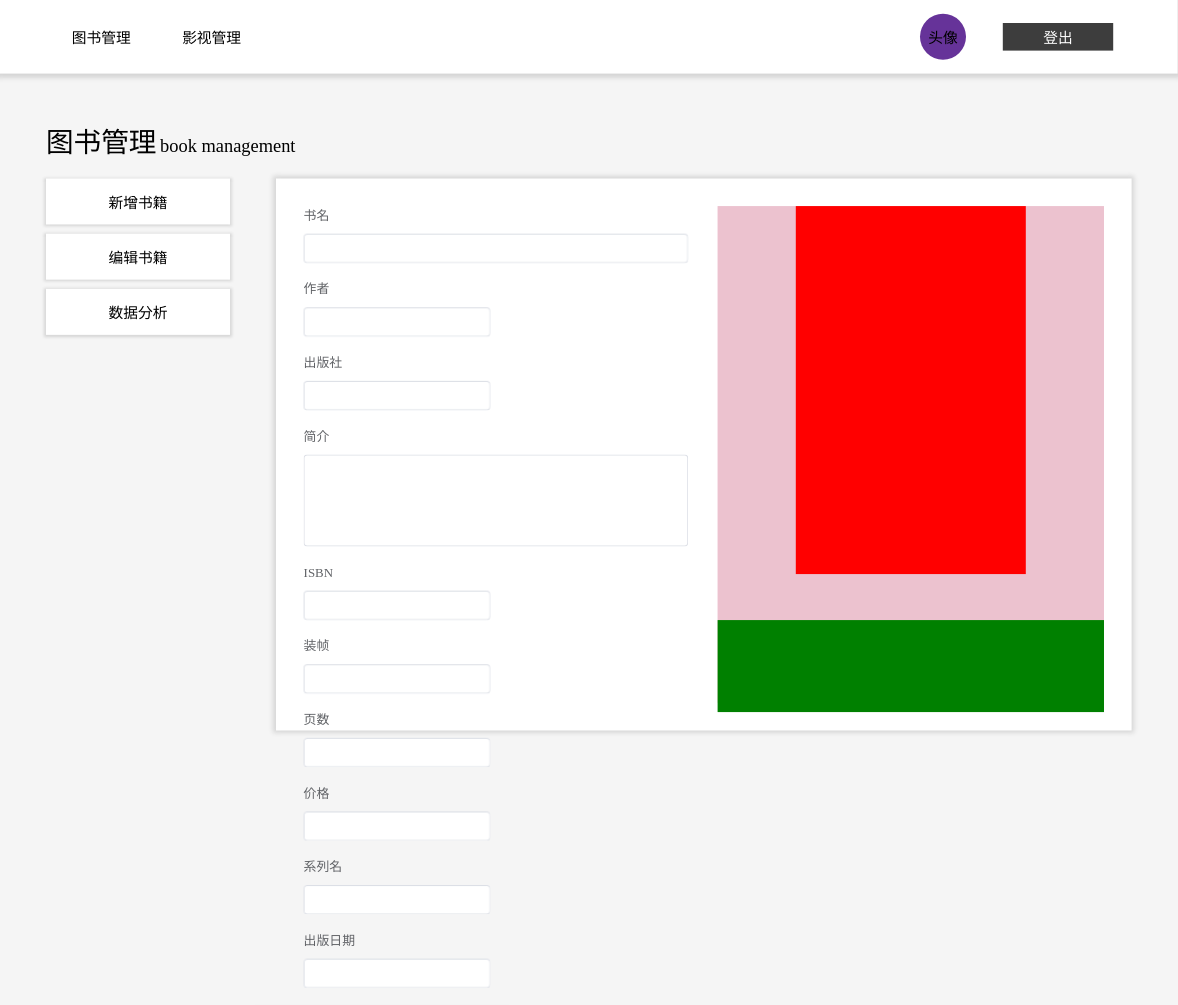
Repository: quanwangniuniu/Oasis-Reading-Platform
Page: /#/admin/books (app in Vue-frontend/)
An editor plug-in stored every save of this project. The page is shown before and after the next save, followed by the edit.
The browser window is 1280 px wide. The pictures show the whole page, at 92% of full size.
Some web fonts or font styles are not loaded; a fallback is used. The project was rebuilt for these pictures with package versions that can differ from the ones it lists, and the page was loaded fresh each time. Also part of the build but not shown: Vue-frontend/vite.config.js, Vue-frontend/src/components/Test.vue, Vue-frontend/src/components/user/books/BookCard.vue, Vue-frontend/src/components/axios/config.js, Vue-frontend/src/components/axios/api.js, Vue-frontend/src/components/user/books/Books.vue, Vue-frontend/src/components/user/movies/Favourites.vue, Vue-frontend/src/components/user/explore/Explore.vue and 10 more.

Above is the page before, as saved 2023-04-13 16:55:20.

### Vue-frontend/index.html
<!DOCTYPE html>
<html lang="en">
  <head>
    <meta charset="UTF-8">
    <meta name="viewport" content="width=device-width, initial-scale=1.0">
    <title>Vite App</title>
    <style>
      *{
        padding: 0px;
        margin: 0px;
      }

      body{
        background-color: rgb(245, 245, 245);
      }
    </style>
  </head>
  <body>
    <div id="app"></div>
    <script type="module" src="/src/main.js"></script>
  </body>
</html>

### Vue-frontend/src/main.js
import { createApp } from 'vue'
import ElementPlus from 'element-plus'
import 'element-plus/dist/index.css'
import App from './App.vue'
import router from './components/router/router'
import * as ElementPlusIconsVue from '@element-plus/icons-vue'
import './assets/font/font.css'
import './assets/css/element.css'

const app = createApp(App)
app.use(router)
app.use(ElementPlus)
app.mount('#app')
for (const [key, component] of Object.entries(ElementPlusIconsVue)) {
    app.component(key, component)
  }

### Vue-frontend/src/App.vue
<script setup>
import Test from './components/Test.vue';
</script>

<template>
  <div>
    <router-view></router-view>
  </div>
</template>

<style scoped>
</style>

### Vue-frontend/src/components/router/router.js
import {createRouter, createWebHashHistory} from 'vue-router'
import Books from '../user/books/Books.vue'
import Movies from '../user/movies/Favourites.vue'
import Explore from '../user/explore/Explore.vue'
import Login from '../user/login/Login.vue'
import SpecificBook from '../user/books/SpecificBook.vue'
import User from '../User.vue'
import Admin from '../Admin.vue'
import UserInfo from '../user/info/UserInfo.vue'
import BookSearch from '../user/books/BookSearch.vue'
import Transit from '../user/books/Transit.vue'
import BookManagement from '../admin/bookManagement/BookManagement.vue'
import MovieManagement from '../admin/movieManagement/MovieManagement.vue'

import {checkUser} from './utils.js'

const router = createRouter({
    history: createWebHashHistory(),
    routes:[
        {path:'/user', component: User, alias:['/'], children:[
            {path:'books', component: Books},
            {path:'search',name:'search', component: BookSearch},
            {path:'transit',name:'transit', component: Transit},
            {path:'books/:id', component: SpecificBook,beforeEnter: checkUser},
            {path:'movies', component: Movies},
            {path:'explore', component: Explore},
            {path:'login', component: Login},
            {path:'info', component: UserInfo, beforeEnter: checkUser},
        ]},
        {path:'/admin', component: Admin,children:[
            {path:'books', component: BookManagement},
            {path:'movies', component: MovieManagement}
        ]}
    ]
})

export default router

### Vue-frontend/src/assets/font/font.css

  @font-face {
    font-family: siyuansongti;
    src: url(./Source_Han_Serif_SC_Light_Light.otf);
    font-weight: normal;
    font-style: normal;
  }

### Vue-frontend/src/assets/css/element.css
.el-textarea__inner{
    resize: none;
    height: 100px;
}

### Vue-frontend/src/components/Admin.vue
<script setup>
import BookManagementVue from './admin/bookManagement/BookManagement.vue';
import AdminHeader from './admin/header/AdminHeader.vue';
</script>

<template>
    <AdminHeader></AdminHeader>
    <router-view></router-view>
</template>

<style scoped>
</style>

### Vue-frontend/src/components/admin/bookManagement/BookManagement.vue
<script setup>
import LeftBar from './LeftBar.vue';
import {ref} from 'vue'


const bookItem = ref({
  title: '',
  author: '',
  publisher: '',
  ISBN: '',
  description: '',
  publish_year: '',
  page:'',
  binding: '',
  price:'',
  seriers:' '
})


</script>

<template>
  <div class="top-container">
    <div class="title">
      <span>图书管理</span>&nbsp;<span>book management</span>
    </div>
  </div>
  <div class="container">
      <LeftBar></LeftBar>
      <div class="panel">
        <div class="book-form">
          <el-form
            label-position="top"
            label-width="100px"
            :model="formLabelAlign"
            style="max-width: 460px"
            :inline="true"
          >
            <el-form-item label="书名" style="width:420px">
              <el-input v-model="bookItem.title" />
            </el-form-item>
            <el-form-item label="作者">
              <el-input v-model="bookItem.author" />
            </el-form-item>
            <el-form-item label="出版社">
              <el-input v-model="bookItem.publisher" />
            </el-form-item>
            <el-form-item label="简介" style="width:420px">
                <el-input v-model="bookItem.description" type="textarea"/>
            </el-form-item>
            <el-form-item label="ISBN">
              <el-input v-model="bookItem.ISBN" />
            </el-form-item>
            <el-form-item label="装帧">
              <el-input v-model="bookItem.binding" />
            </el-form-item>
            <el-form-item label="页数">
              <el-input v-model="bookItem.page" />
            </el-form-item>
            <el-form-item label="价格">
              <el-input v-model="bookItem.price" />
            </el-form-item>
            <el-form-item label="系列名">
              <el-input v-model="bookItem.price" />
            </el-form-item>
            <el-form-item label="出版日期">
              <el-input v-model="bookItem.price" />
            </el-form-item>
          </el-form>
        </div>

        <div class="img-upload-and-submit">
          <div class="img-container">
            <div class="img-upload">

            </div>
          </div>
          <div class="submit">

          </div>
        </div>
      </div>
  </div>

</template>

<style scoped>
.top-container{
  margin: 50px 50px 0px 50px;
  display: flex;
  justify-content: space-between;
}

.title{
  width: 400px;
  font-family: siyuansongti;
}
.container{
  display: flex;
  margin: 20px 50px 0px 50px
}

.title span:nth-child(1){
  font-size: 30px;
}
.title span:nth-child(2){
  font-size: 20px;
}

.panel{
  box-sizing: border-box;
  flex: 1;
  height: 600px;
  background-color: white;
  box-shadow: 0 0 5px 3px rgb(214, 214, 214);
  padding: 30px;
  display: flex;
}

.book-form{
  width: 450px;
}

.img-upload-and-submit{
  flex: 1;
  background-color: rgb(249, 203, 203);
}

.img-container{
  width: 100%;
  height: 450px;
  background-color: rgb(120, 120, 241, 0.1);
}

.img-upload{
  width: 250px;
  height: 400px;
  background-color: red;
  margin: 0 auto;
}

.submit{
  height: 100px;
  width: 100%;
  background-color: green;
}
</style>

### Vue-frontend/src/components/router/utils.js
export const checkUser = (from, to, next) => {
    if(localStorage.getItem('token') === null){
        next('/login')
    }else{
        next()
    }
}

### Vue-frontend/src/components/admin/header/AdminHeader.vue
<script setup>

let logout = () =>{
    localStorage.clear('token')
    localStorage.clear('type')
}

</script>

<template>
    <div>
        <div class="container">
            <div class="left">
                <div class="nav"><router-link to="/admin/books">图书管理</router-link></div>
                <div class="nav"><router-link to="/admin/movies">影视管理</router-link></div>
            </div>

            <div class="right">
                <div class="nav avata"><router-link to="/info">头像</router-link></div>
                <div class="nav login"><router-link to="/explore" @click="logout">登出</router-link></div>
            </div>

        </div>
    </div>

</template>

<style scoped>
.container{
    height: 80px;
    background-color: white;
    /* 边框模糊效果 */
    box-shadow: 0 0 5px 5px rgb(214, 214, 214);
    /* 开启flex布局 */
    display: flex;
    /* 设置元素靠右排列 */
    justify-content: space-between;
    /* 设置元素垂直居中 */
    align-items: center;
}

.left{
    display: flex;
    /* 设置元素垂直居中 */
    align-items: center;
    padding-left: 50px;
}

.right{
    display: flex;
    /* 设置元素垂直居中 */
    align-items: center;
    padding-right: 50px;
}

.nav{
    width: 80px;
    height: 30px;
    margin-left: 20px;
    margin-right: 20px;
    /* 设置nav内部a标签水平居中 */
    text-align: center;
    /* 开启flex局部 */
    display: flex;
    /* 设置nav内部a标签垂直居中 */
    align-items: center;
}

.nav a{
    width: 80px;
    /* 清除a标签默认样式 */
    text-decoration: none;
    color: black;

}

.login{
    width: 120px;
    background-color: rgb(61, 61, 61);
}

.login a{
    width: 1200px;
    color: white;
}

.avata{
    width: 50px;
    height: 50px;
    border-radius: 50%;
    background-color: rebeccapurple;
}


</style>

### Vue-frontend/src/components/admin/bookManagement/LeftBar.vue
<script setup>

</script>

<template>
    <div class="leftbar-container">
        <div class="card">
            新增书籍
        </div>
        <div class="card">
            编辑书籍
        </div>
        <div class="card">
            数据分析
        </div>
    </div>

</template>

<style scoped>
.leftbar-container{
    width: 250px;
    height: 600px;
}

.card{
    width: 200px;
    height: 50px;
    background: white;
    /* 设置卡片阴影 */
    box-shadow: 0px 1px 3px 2px rgb(214, 214, 214);
    /* 开启flex布局 文字水平垂直居中 */
    display: flex;
    justify-content: center;
    align-items:center;
    margin-bottom: 10px;
}

.card:hover{
    transform:scale(1.1);
}
</style>

After the next save:
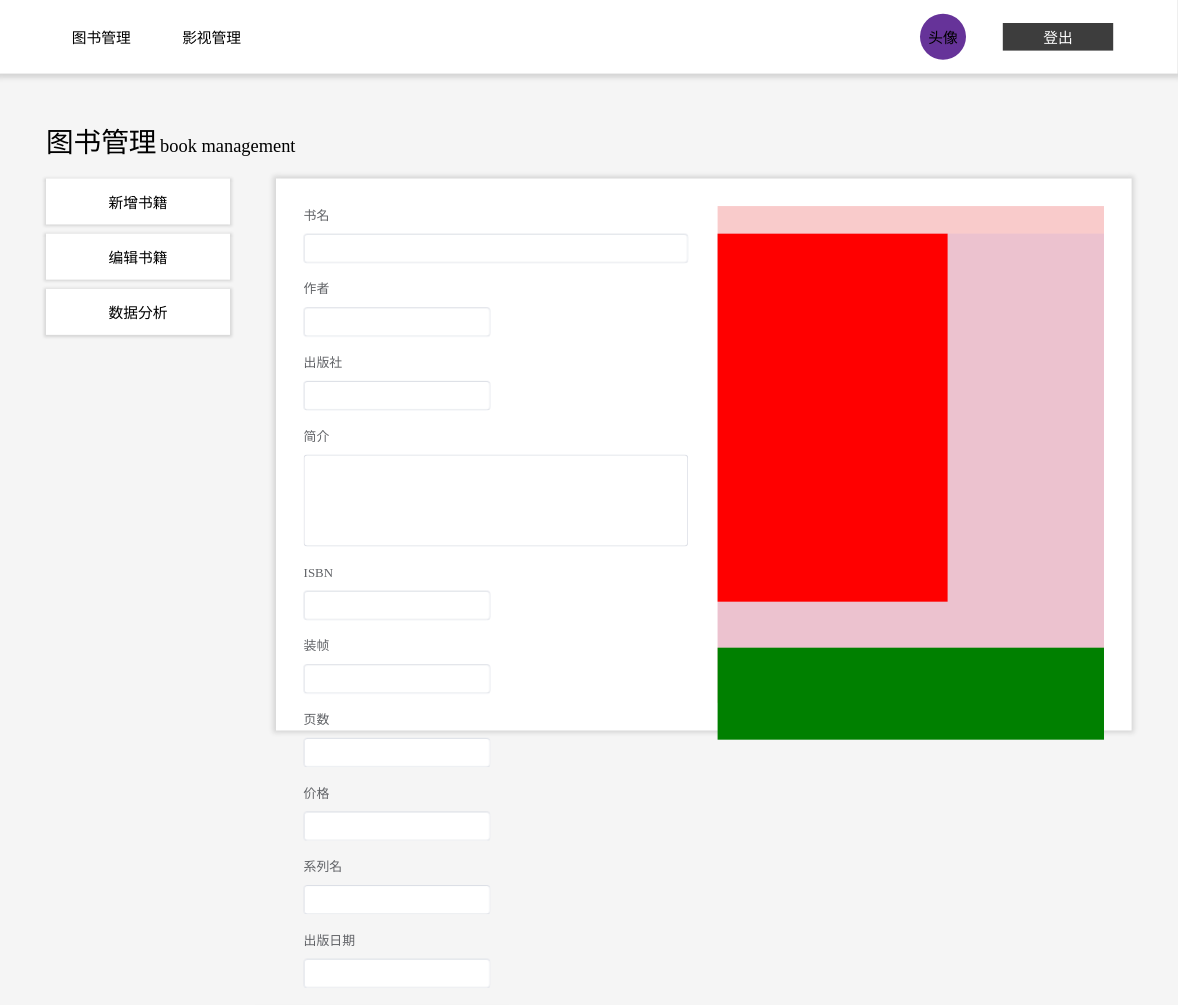
Saved 34 s later.
--- a/Vue-frontend/src/components/admin/bookManagement/BookManagement.vue
+++ b/Vue-frontend/src/components/admin/bookManagement/BookManagement.vue
@@ -136,7 +136,7 @@ const bookItem = ref({
   width: 250px;
   height: 400px;
   background-color: red;
-  margin: 0 auto;
+  margin: 30px 0px auto;
 }
 
 .submit{
